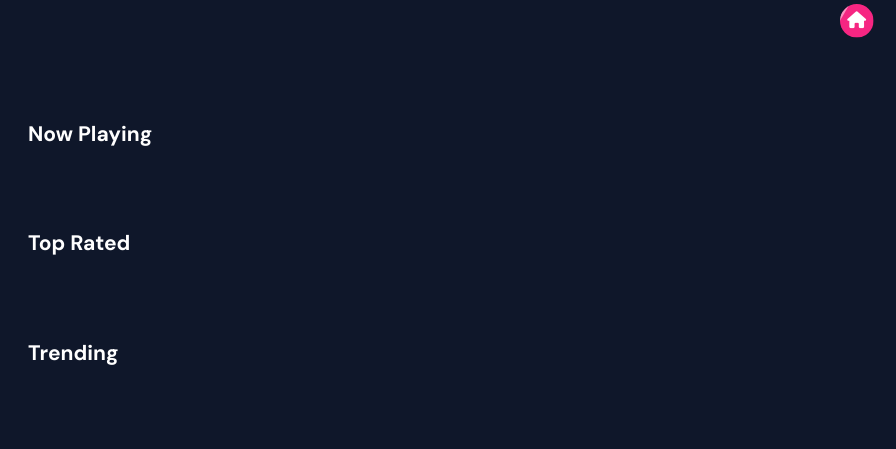
Repository: Linhyum/react-simple-movie
Page: /
These files come from the project's save history. The page is drawn as it stood at one moment and after the next save; the edit follows.
The browser window is 1280 px wide. The pictures show the part of the page from y = 634 to 2554 px (the page is 1276 px tall before and 7492 px after), at 70% of full size.
The page's requests for data from a server got no answer. The project was rebuilt for these pictures with package versions that can differ from the ones it lists, and the page was loaded fresh each time. No one was signed in, and anything a server would have sent is missing.

Above is the page before, as saved 2023-04-02 21:02:11.

### public/index.html
<!DOCTYPE html>
<html lang="en">
    <head>
        <meta charset="utf-8" />
        <link rel="icon" href="%PUBLIC_URL%/favicon.ico" />
        <meta name="viewport" content="width=device-width, initial-scale=1" />
        <meta name="theme-color" content="#000000" />
        <meta name="description" content="Web site created using create-react-app" />
        <link rel="apple-touch-icon" href="%PUBLIC_URL%/logo192.png" />
        <!--
      manifest.json provides metadata used when your web app is installed on a
      user's mobile device or desktop. See https://developers.google.com/web/fundamentals/web-app-manifest/
    -->
        <link rel="manifest" href="%PUBLIC_URL%/manifest.json" />
        <link
            rel="stylesheet"
            href="https://cdnjs.cloudflare.com/ajax/libs/font-awesome/6.4.0/css/all.min.css"
            integrity="sha512-iecdLmaskl7CVkqkXNQ/ZH/XLlvWZOJyj7Yy7tcenmpD1ypASozpmT/E0iPtmFIB46ZmdtAc9eNBvH0H/ZpiBw=="
            crossorigin="anonymous"
            referrerpolicy="no-referrer"
        />
        <!--
      Notice the use of %PUBLIC_URL% in the tags above.
      It will be replaced with the URL of the `public` folder during the build.
      Only files inside the `public` folder can be referenced from the HTML.

      Unlike "/favicon.ico" or "favicon.ico", "%PUBLIC_URL%/favicon.ico" will
      work correctly both with client-side routing and a non-root public URL.
      Learn how to configure a non-root public URL by running `npm run build`.
    -->
        <title>React App</title>
    </head>
    <body>
        <noscript>You need to enable JavaScript to run this app.</noscript>
        <div id="root"></div>
        <!--
      This HTML file is a template.
      If you open it directly in the browser, you will see an empty page.

      You can add webfonts, meta tags, or analytics to this file.
      The build step will place the bundled scripts into the <body> tag.

      To begin the development, run `npm start` or `yarn start`.
      To create a production bundle, use `npm run build` or `yarn build`.
    --></body>
</html>

### src/index.js
import React from "react";
import ReactDOM from "react-dom/client";
import "./index.scss";
import App from "./App";
import reportWebVitals from "./reportWebVitals";
import { BrowserRouter } from "react-router-dom";

const root = ReactDOM.createRoot(document.getElementById("root"));
root.render(
    <React.StrictMode>
        <BrowserRouter>
            <App />
        </BrowserRouter>
    </React.StrictMode>
);

// If you want to start measuring performance in your app, pass a function
// to log results (for example: reportWebVitals(console.log))
// or send to an analytics endpoint. Learn more: https://bit.ly/CRA-vitals
reportWebVitals();

### src/index.scss
@tailwind base;
@tailwind components;
@tailwind utilities;
@import url("https://fonts.googleapis.com/css2?family=DM+Sans:wght@400;500;700&display=swap");

@layer base {
    body.dark {
        @apply bg-slate-900 font-body px-5 text-white;
    }

    body {
        @apply bg-white text-slate-900;
        transition: all linear 0.3s;
    }
    body input {
        @apply text-white;
    }

    .pagination {
        display: flex;
        align-items: center;
        justify-content: center;
        column-gap: 30px;
        font-size: 22px;
        font-weight: 500;
    }

    .pagination .active {
        @apply text-primary;
    }

    @media (max-width: 639px) {
        .moive-page {
            @apply grid-cols-1;
        }
    }

    :root {
        --swiper-theme-color: #f62682 !important;
        --swiper-pagination-bullet-inactive-color: #aaa !important;
        --swiper-pagination-bullet-inactive-opacity: 1;
    }
    .swiper-button-prev,
    .swiper-button-next {
        position: absolute !important;
        top: 50% !important;
        width: 60px !important;
        height: 60px !important;
        margin-top: -12.5px !important;
        z-index: 10 !important;
        cursor: pointer !important;
        border-radius: 50% !important;
        background: rgb(204, 204, 204, 0.7) !important;
        transition: all 0.3s ease !important;
        display: flex;
        justify-content: center !important;
        align-items: center !important;
        font-weight: 700 !important;
    }

    .swiper-button-prev {
        left: 0;
    }

    .swiper-button-next {
        right: 0;
    }

    .swiper-button-prev:hover,
    .swiper-button-next:hover {
        background: rgb(204, 204, 204) !important;
    }
    .movie-list .swiper-pagination {
        display: none;
    }

    @media (max-width: 1023px) {
        .banner .swiper-pagination {
            display: none !important;
        }
    }
    .skeleton {
        background-color: #eee;
        background-image: linear-gradient(110deg, #ececec 8%, #f5f5f5 18%, #ececec 33%);
        background-size: 200% 100%;
        animation: 1.5s shine linear infinite;
    }
    @keyframes shine {
        to {
            background-position-x: -200%;
        }
    }
    /* Tạo thanh cuộn */
    body::-webkit-scrollbar {
        width: 10px;
    }

    /* Tạo màu nền cho thanh cuộn */
    body::-webkit-scrollbar-track {
        background-color: #eee;
    }

    /* Tạo màu cho thanh cuộn */
    body::-webkit-scrollbar-thumb {
        background-color: #f62682;
        border-radius: 5px;
    }
    button {
        position: relative;
        overflow: hidden;
        transition: all 0.3s ease-in-out;
    }

    button:before {
        content: "";
        position: absolute;
        top: 0;
        left: -100%;
        width: 100%;
        height: 100%;
        background-color: rgba(255, 255, 255, 0.5);
        transform: skewX(-30deg);
        transition: all 0.3s ease-in-out;
    }

    button:hover:before {
        left: 0;
    }

    button:hover {
        @apply bg-blue-600;
    }
    button:hover div {
        @apply text-blue-600;
    }
    button div {
        transition: all 0.3s ease-in-out;
    }
}

@layer components {
    .page-container {
        max-width: 1200px;
        @apply mx-auto;
    }
    .movie-list .swiper-slide {
        width: 270px;
    }
    .banner .swiper {
        height: 100%;
    }
    .trailer iframe {
        width: 100%;
        height: 100%;
    }
}

### src/App.js
import { Route, Routes } from "react-router-dom";
import Main from "./components/layout/Main";
// import HomePage from "./pages/HomePage";
// import MovieDetailsPage from "./pages/MovieDetailsPage";
// import MoviePage from "./pages/MoviePage";
import { lazy, Suspense } from "react";

const HomePage = lazy(() => import("./pages/HomePage"));
const MoviePage = lazy(() => import("./pages/MoviePage"));
const MovieDetailsPage = lazy(() => import("./pages/MovieDetailsPage"));

function App() {
    return (
        <Suspense fallback={<></>}>
            <Routes>
                <Route element={<Main></Main>}>
                    <Route path="/" element={<HomePage></HomePage>}></Route>
                    <Route path="/movies" element={<MoviePage></MoviePage>}></Route>
                    <Route
                        path="/movies/:slug"
                        element={<MovieDetailsPage></MovieDetailsPage>}
                    ></Route>
                </Route>
            </Routes>
        </Suspense>
    );
}

export default App;

### src/components/layout/Main.js
import React from "react";
import Header from "./Header";
import { Outlet } from "react-router-dom";
const Main = () => {
    return (
        <>
            <Header></Header>
            <Outlet></Outlet>
        </>
    );
};

export default Main;

### src/pages/HomePage.js
import React from "react";
import Banner from "../components/banner/Banner";
import MovieList from "../components/movie/MovieList";

const HomePage = () => {
    return (
        <>
            <Banner></Banner>
            <section className="movies-layout page-container pb-20">
                <h2 className="capitalize  mb-10 text-3xl font-bold">Now playing</h2>
                <MovieList type={"now_playing"}></MovieList>
            </section>

            <section className="movies-layout page-container pb-20">
                <h2 className="capitalize  mb-10 text-3xl font-bold">Top Rated</h2>
                <MovieList type={"top_rated"}></MovieList>
            </section>

            <section className="movies-layout page-container pb-20">
                <h2 className="capitalize  mb-10 text-3xl font-bold">Trending</h2>
                <MovieList type={"popular"}></MovieList>
            </section>
        </>
    );
};

export default HomePage;

### src/components/layout/Header.js
import React, { useState } from "react";
import { NavLink } from "react-router-dom";

const Header = () => {
    const [dark, setDark] = useState(true);
    const active = ({ isActive }) => isActive && "text-primary";
    const handleClick = () => {
        window.scrollTo({ top: 0, behavior: "smooth" });
    };
    if (dark) {
        document.body.classList.add("dark");
    } else {
        document.body.classList.remove("dark");
    }
    return (
        <>
            <header className="header text-xl font-semibold flex items-center justify-center gap-x-10  py-10 mb-5">
                <NavLink to={"/"} className={active}>
                    Home
                </NavLink>
                <NavLink to={"/movies"} className={active}>
                    Movies
                </NavLink>
            </header>
            <button
                className="fixed z-50 bottom-8 right-8  w-12 h-12 rounded-full bg-primary text-2xl"
                onClick={handleClick}
            >
                <i class="fa-solid fa-house"></i>
            </button>
            <div className="fixed top-3 right-3 z-50">
                <div
                    className={`relative transition-all duration-300 w-20 h-9 flex items-center cursor-pointer rounded-full ${
                        dark ? "bg-primary" : "bg-slate-400"
                    } `}
                    onClick={() => setDark(!dark)}
                >
                    <div
                        className={`absolute flex items-center justify-center transition-all duration-300 w-8 h-8 rounded-full  ${
                            dark ? "left-full -translate-x-full bg-white" : "left-0 bg-primary"
                        }`}
                    >
                        <i
                            className={`${
                                dark
                                    ? "fa-solid fa-moon text-primary"
                                    : "fa-solid fa-sun text-white"
                            }`}
                        ></i>
                    </div>
                </div>
            </div>
        </>
    );
};

export default Header;

### src/components/banner/Banner.js
import React from "react";
import useSWR from "swr";
import { SwiperSlide, Swiper } from "swiper/react";
import "swiper/scss";
import { fetcher, getImg, getMovieList } from "../../config";
import { useNavigate } from "react-router-dom";
import SwiperCore, { Navigation, Pagination, Autoplay } from "swiper";
import "swiper/swiper-bundle.css";
SwiperCore.use([Navigation, Pagination, Autoplay]);
const Banner = () => {
    const { data } = useSWR(getMovieList("upcoming"), fetcher);
    const banners = data?.results || [];
    return (
        <section className="banner h-[600px] page-container mb-20 ">
            <Swiper
                navigation={{ prevEl: ".swiper-button-prev", nextEl: ".swiper-button-next" }}
                autoplay={{ delay: 5000, disableOnInteraction: false }}
                pagination={{ clickable: true }}
                slidesPerView={1}
            >
                {banners.length > 0 &&
                    banners.map((item) => (
                        <SwiperSlide key={item.id}>
                            <BannerItem info={item}></BannerItem>
                        </SwiperSlide>
                    ))}
                <div className="swiper-button-prev"></div>
                <div className="swiper-button-next"></div>
            </Swiper>
        </section>
    );
};

const BannerItem = ({ info }) => {
    const navigate = useNavigate();
    return (
        <div className="w-full h-full rounded-lg relative text-white">
            <div className="overlay absolute inset-0 bg-gradient-to-t from-[rgba(0,0,0,0.7)] to-[rgba(0,0,0,0.2)] rounded-lg"></div>
            <img
                src={getImg(info.poster_path)}
                alt=""
                className="w-full h-full object-cover rounded-lg"
            />
            <div className="absolute left-5 bottom-5 w-full ">
                <h2 className="font-bold text-3xl mb-5">{info.title}</h2>
                <div className="flex items-center gap-x-3 mb-8">
                    <span className="cursor-pointer py-2 px-4 border border-white rounded-md">
                        Adventure
                    </span>
                    <span className="cursor-pointer py-2 px-4 border border-white rounded-md">
                        Adventure
                    </span>
                    <span className="cursor-pointer py-2 px-4 border border-white rounded-md">
                        Adventure
                    </span>
                </div>
                <button
                    onClick={() => navigate(`/movies/${info.id}`)}
                    className="py-3 flex items-center justify-center gap-x-3 px-6 rounded-lg bg-primary text-xl  font-bold"
                >
                    <span>Watch Now</span>
                    <div className="w-10 h-10 rounded-full bg-white text-primary flex items-center justify-center">
                        <i class="fa-solid fa-play"></i>
                    </div>
                </button>
            </div>
        </div>
    );
};

export default Banner;

### src/components/movie/MovieList.js
import React from "react";
import { SwiperSlide, Swiper } from "swiper/react";
import "swiper/scss";
import useSWR from "swr";
import { fetcher, getMovieList } from "../../config";
import MovieCard, { MovieCardSkeleton } from "./MovieCard";
import SwiperCore, { Navigation, Pagination, Autoplay } from "swiper";
import "swiper/swiper-bundle.css";
SwiperCore.use([Navigation, Pagination, Autoplay]);
//https://api.themoviedb.org/3/movie/now_playing?api_key=<<api_key>>
//https://api.themoviedb.org/3/movie/popular?api_key=<<api_key>>
//https://api.themoviedb.org/3/movie/top_rated?api_key=<<api_key>>
let slidesPerView = 0;
const MovieList = ({ type }) => {
    const { data, isLoading } = useSWR(getMovieList(type), fetcher);
    const movies = data?.results || [];
    return (
        <div className="movie-list">
            <Swiper
                navigation={{ prevEl: ".swiper-button-prev", nextEl: ".swiper-button-next" }}
                spaceBetween={30}
                slidesPerView={slidesPerView}
                grabCursor={true}
                breakpoints={{
                    0: {
                        slidesPerView: 1,
                        spaceBetween: 0,
                    },
                    640: {
                        slidesPerView: 2,
                        spaceBetween: 20,
                    },
                    768: {
                        slidesPerView: 3,
                        spaceBetween: 20,
                    },
                    1024: {
                        slidesPerView: 4,
                        spaceBetween: 30,
                    },
                    1280: {
                        slidesPerView: 4,
                        spaceBetween: 30,
                    },
                    1536: {
                        slidesPerView: 5,
                        spaceBetween: 40,
                    },
                }}
            >
                {!isLoading && (
                    <div className="grid grid-cols-4 gap-x-8">
                        <MovieCardSkeleton></MovieCardSkeleton>
                        <MovieCardSkeleton></MovieCardSkeleton>
                        <MovieCardSkeleton></MovieCardSkeleton>
                        <MovieCardSkeleton></MovieCardSkeleton>
                    </div>
                )}
                <div className="grid grid-cols-4 gap-x-8">
                    <MovieCardSkeleton></MovieCardSkeleton>
                    <MovieCardSkeleton></MovieCardSkeleton>
                    <MovieCardSkeleton></MovieCardSkeleton>
                    <MovieCardSkeleton></MovieCardSkeleton>
                </div>
                {isLoading &&
                    movies.length > 0 &&
                    movies.map((item) => (
                        <SwiperSlide key={item.id}>
                            <MovieCard info={item}></MovieCard>
                        </SwiperSlide>
                    ))}
                <div className="swiper-button-prev"></div>
                <div className="swiper-button-next"></div>
            </Swiper>
        </div>
    );
};

export default MovieList;

### src/components/movie/MovieCard.js
import React from "react";
import { useNavigate } from "react-router-dom";
import Button from "../button/Button";

import { getImg } from "../../config";
import { withErrorBoundary } from "react-error-boundary";
import LoadingSkeleton from "../LoadingSkeleton";
const MovieCard = ({ info }) => {
    const navigate = useNavigate();
    return (
        <div className="movie-card text-white hover:shadow-lg hover:shadow-primary transition-all duration-300 rounded-lg p-3 bg-slate-800 select-none">
            <img
                src={getImg(info.poster_path)}
                alt=""
                className="object-cover w-full h-[350px] rounded-lg mb-5"
            />
            <h3 title={info.title} className="text-xl font-bold mb-3 truncate">
                {info.title}
            </h3>
            <div className="flex items-center justify-between text-sm  mb-7">
                <span className="opacity-50">{new Date(info.release_date).getFullYear()}</span>
                <div className="flex items-center gap-x-2">
                    <span className="opacity-50">{info.vote_average.toFixed(1)}</span>
                    <div className="text-yellow-400">
                        <i class="fa-solid fa-star"></i>
                    </div>
                </div>
            </div>
            <Button onclick={() => navigate(`/movies/${info.id}`)} title={"Watch now"}></Button>
        </div>
    );
};

function FallbackComponent() {
    return <p className="text-red-500 bg-red-200">Something went wrong with this component</p>;
}

export default withErrorBoundary(MovieCard, {
    FallbackComponent,
});

export function MovieCardSkeleton() {
    <div className="movie-card text-white hover:shadow-lg hover:shadow-primary transition-all duration-300 rounded-lg p-3 bg-slate-800 select-none">
        <LoadingSkeleton height="300px" radius="8px"></LoadingSkeleton>
        <LoadingSkeleton height="300px" radius="8px"></LoadingSkeleton>
        <LoadingSkeleton height="300px" radius="8px"></LoadingSkeleton>
        <div className="flex items-center justify-between text-sm  mb-7">
            <span className="opacity-50"></span>
            <div className="flex items-center gap-x-2">
                <span className="opacity-50"></span>
                <div className="text-yellow-400">
                    <i class="fa-solid fa-star"></i>
                </div>
            </div>
        </div>
        <Button></Button>
    </div>;
}

### src/config.js
const fetcher = (...args) => fetch(...args).then((res) => res.json());
const getMovieList = (type1 = "", type2 = "", type3 = "") =>
    `https://api.themoviedb.org/3${type3}/movie/${type1}${type2}?api_key=9e4dcf244e30611641c2a44c752a2353`;
const getImg = (type) => `https://image.tmdb.org/t/p/original${type}`;
export { fetcher, getMovieList, getImg };

### tailwind.config.js
/** @type {import('tailwindcss').Config} */
module.exports = {
    content: ["./src/**/*.{js,jsx,ts,tsx}"],
    theme: {
        extend: {
            fontFamily: {
                body: ["DM Sans", "sans-serif"],
            },
            colors: {
                primary: "#f62682",
            },
        },
    },
    plugins: [],
};

### src/components/button/Button.js
import React from "react";

const Button = ({ onclick, title }) => {
    return (
        <button
            onClick={onclick}
            className="py-3 text-white flex items-center justify-center gap-x-3 bg-primary rounded-lg w-full text-xl font-bold hover:opacity-90"
        >
            <span>{title}</span>
            <div className="w-10 h-10 rounded-full bg-white text-primary flex items-center justify-center">
                <i class="fa-solid fa-play"></i>
            </div>
        </button>
    );
};

export default Button;

### src/components/LoadingSkeleton.js
import React from "react";

const LoadingSkeleton = (props) => {
    return (
        <div
            className={`skeleton ${props.className}`}
            style={{
                height: props.height,
                width: props.width || "100%",
                borderRadius: props.radius,
            }}
        ></div>
    );
};

export default LoadingSkeleton;

Loaded but not shown: src/reportWebVitals.js (common file)

After the next save:
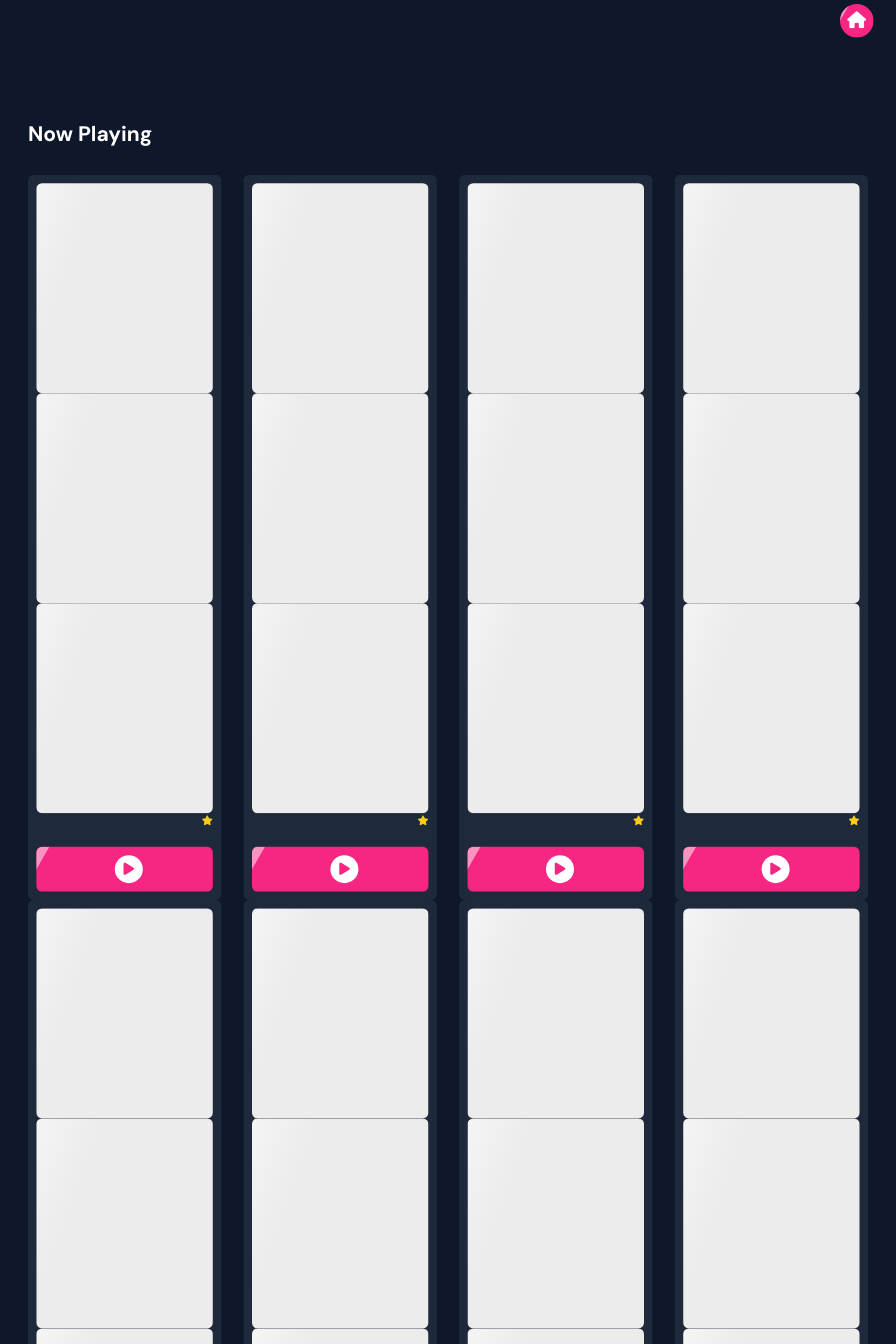
Saved 56 s later.
--- a/src/components/movie/MovieCard.js
+++ b/src/components/movie/MovieCard.js
@@ -40,19 +40,21 @@ export default withErrorBoundary(MovieCard, {
 });
 
 export function MovieCardSkeleton() {
-    <div className="movie-card text-white hover:shadow-lg hover:shadow-primary transition-all duration-300 rounded-lg p-3 bg-slate-800 select-none">
-        <LoadingSkeleton height="300px" radius="8px"></LoadingSkeleton>
-        <LoadingSkeleton height="300px" radius="8px"></LoadingSkeleton>
-        <LoadingSkeleton height="300px" radius="8px"></LoadingSkeleton>
-        <div className="flex items-center justify-between text-sm  mb-7">
-            <span className="opacity-50"></span>
-            <div className="flex items-center gap-x-2">
+    return (
+        <div className="movie-card text-white hover:shadow-lg hover:shadow-primary transition-all duration-300 rounded-lg p-3 bg-slate-800 select-none">
+            <LoadingSkeleton height="300px" radius="8px"></LoadingSkeleton>
+            <LoadingSkeleton height="300px" radius="8px"></LoadingSkeleton>
+            <LoadingSkeleton height="300px" radius="8px"></LoadingSkeleton>
+            <div className="flex items-center justify-between text-sm  mb-7">
                 <span className="opacity-50"></span>
-                <div className="text-yellow-400">
-                    <i class="fa-solid fa-star"></i>
+                <div className="flex items-center gap-x-2">
+                    <span className="opacity-50"></span>
+                    <div className="text-yellow-400">
+                        <i class="fa-solid fa-star"></i>
+                    </div>
                 </div>
             </div>
+            <Button></Button>
         </div>
-        <Button></Button>
-    </div>;
+    );
 }
